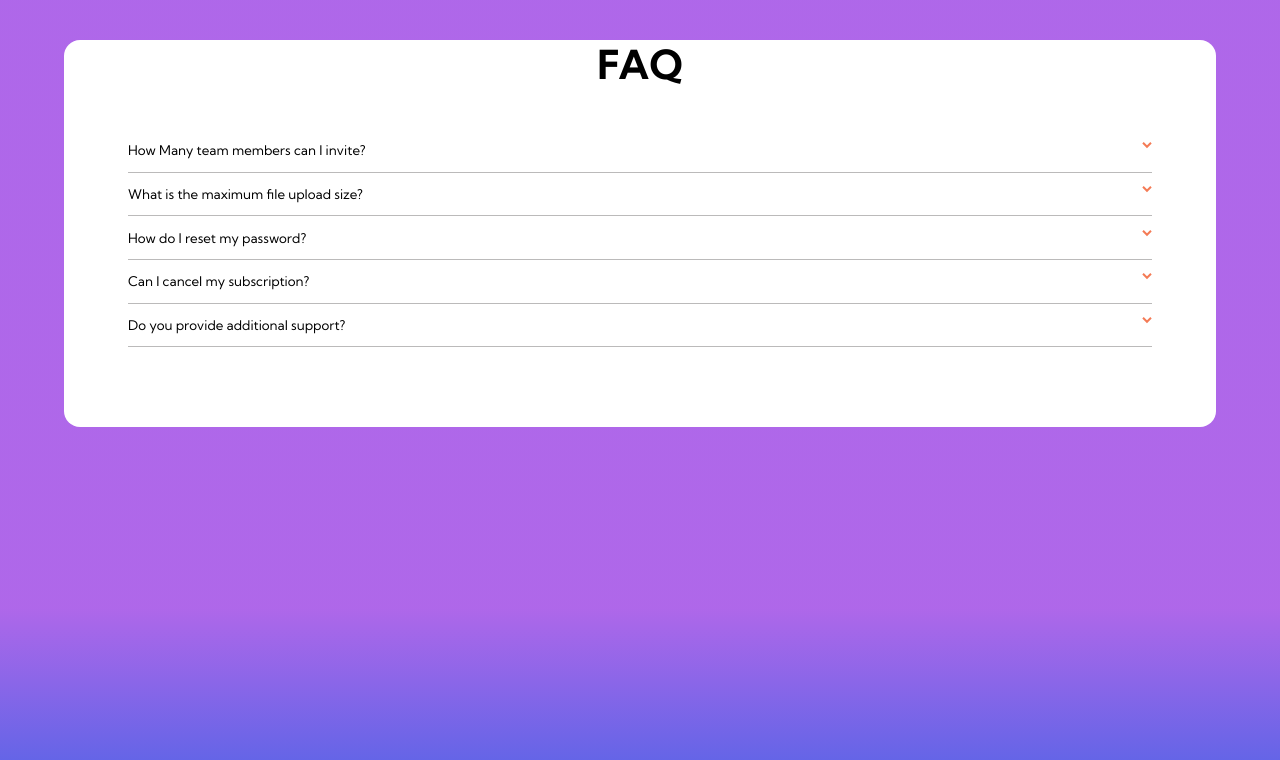
Repository: ryanwilll/ProjetoFAQ
Page: index.html
An editor plug-in stored every save of this project. The page is shown before and after the next save, followed by the edit.
The browser window is 1280 px wide. The pictures show the whole page.

Above is the page before, as saved 2022-10-27 19:52:38.

After the next save:
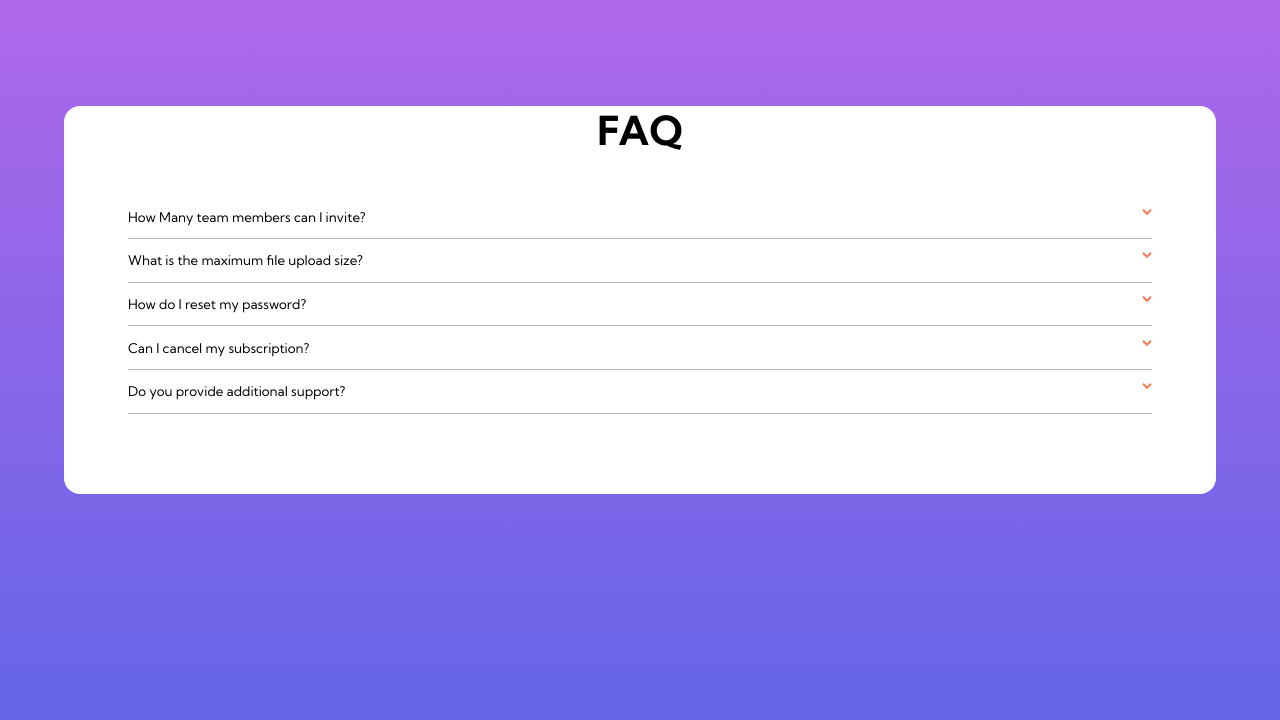
Saved 110 s later.
--- a/css/allmedia.css
+++ b/css/allmedia.css
@@ -115,13 +115,14 @@
 
 @media screen and (min-width: 1201px) {
   body {
-    background: linear-gradient(hsl(273, 75%, 66%) 80%, hsl(240, 73%, 65%));
-    background: linear-gradient(hsl(273, 75%, 66%) 80%, hsl(240, 73%, 65%));
-    background-repeat: no-repeat;
-    position: relative;
+    margin: 0;
+    font-family: "Poppins", sans-serif;
     height: 100vh;
     width: 100vw;
-    margin: 0;
+    background: linear-gradient(hsl(273, 75%, 66%), hsl(240, 73%, 65%));
+    display: grid;
+    justify-content: center;
+    align-content: center;
   }
   .imgs {
     display: none;

After the 2 saves that followed:
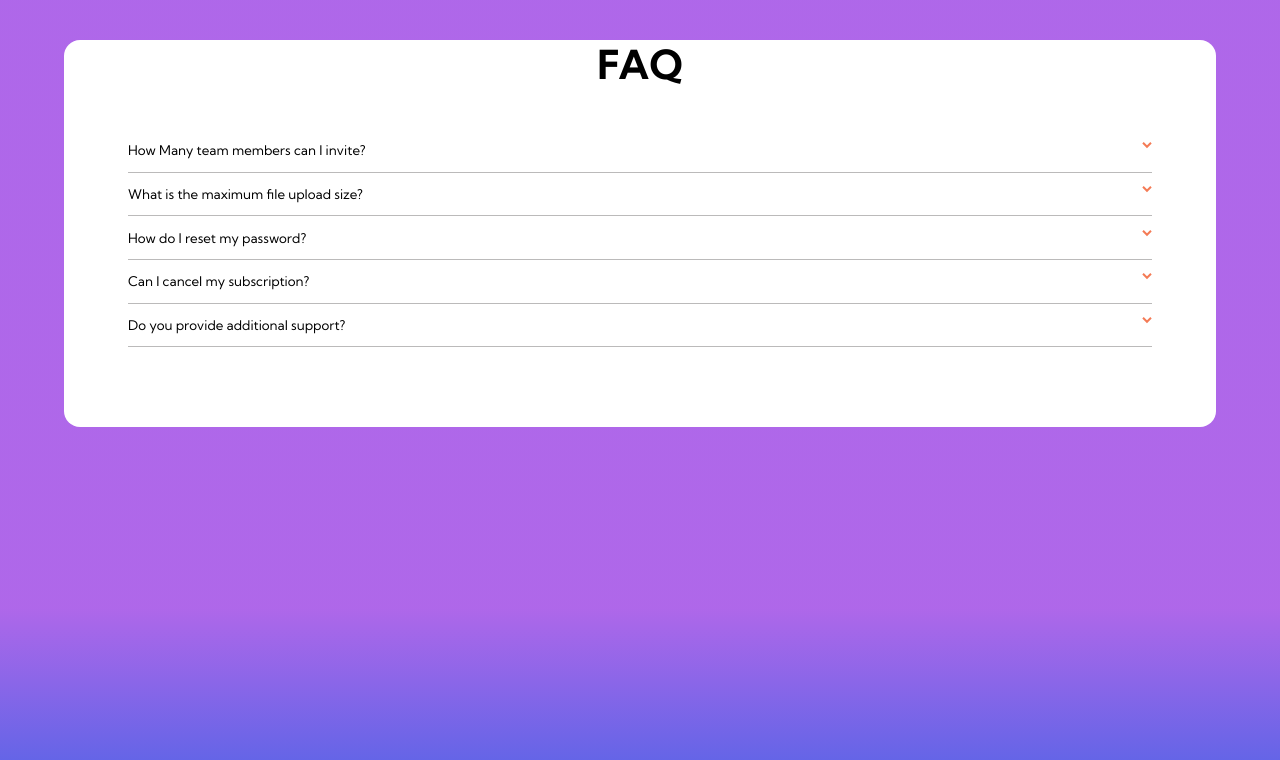
The 2 saves are shown as one change because 1 left the picture as it was.
The last was saved 21 s later.
--- a/css/allmedia.css
+++ b/css/allmedia.css
@@ -115,14 +115,13 @@
 
 @media screen and (min-width: 1201px) {
   body {
-    margin: 0;
-    font-family: "Poppins", sans-serif;
+    background: linear-gradient(hsl(273, 75%, 66%) 80%, hsl(240, 73%, 65%));
+    background: linear-gradient(hsl(273, 75%, 66%) 80%, hsl(240, 73%, 65%));
+    background-repeat: no-repeat;
+    position: relative;
     height: 100vh;
     width: 100vw;
-    background: linear-gradient(hsl(273, 75%, 66%), hsl(240, 73%, 65%));
-    display: grid;
-    justify-content: center;
-    align-content: center;
+    margin: 0;
   }
   .imgs {
     display: none;
